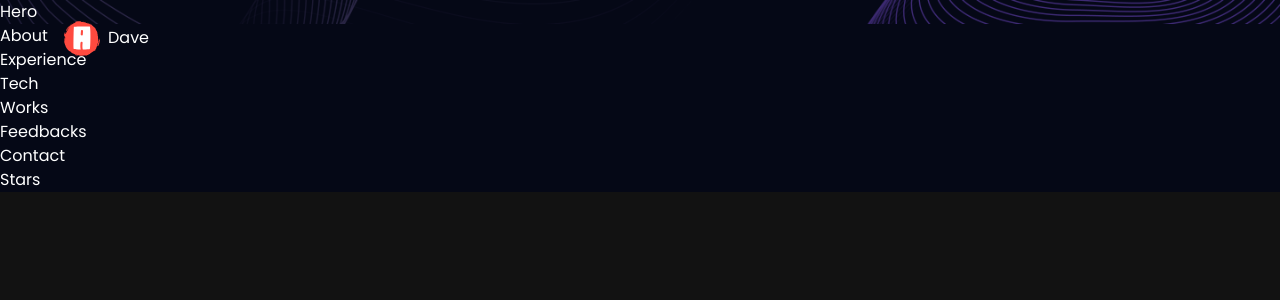
Repository: davedeguia/3d-portfolio
Page: /
These files come from the project's save history. The page is drawn as it stood at one moment and after the next save; the edit follows.
The browser window is 1280 px wide. The pictures show the whole page.
The project was rebuilt for these pictures with package versions that can differ from the ones it lists, and the page was loaded fresh each time. Also part of the build but not shown: vite.config.js, src/components/canvas/Earth.jsx, src/components/canvas/Ball.jsx, src/components/canvas/Computers.jsx.

Above is the page before, as saved 2023-03-04 14:32:26.

### index.html
<!DOCTYPE html>
<html lang="en">
  <head>
    <meta charset="UTF-8" />
    <link rel="icon" type="image/svg+xml" href="/logo.svg" />
    <meta name="viewport" content="width=device-width, initial-scale=1.0" />
    <title>Dave | Portfolio</title>
  </head>
  <body>
    <div id="root"></div>
    <script type="module" src="/src/main.jsx"></script>
  </body>
</html>

### src/App.jsx
import { BrowserRouter } from 'react-router-dom'
import {
  About,
  Contact,
  Experience,
  Feedbacks,
  Hero,
  Navbar,
  Tech,
  Works,
  StarsCanvas,
} from './components'

const App = () => {
  return (
    <BrowserRouter>
      <div className='relative z-0 bg-primary'>
        <div className='bg-hero-pattern bg-cover bg-no-repeat bg-center'>
          <Navbar />
          <Hero />
        </div>
        <About />
        <Experience />
        <Tech />
        <Works />
        <Feedbacks />
        <div className='relative z-0'>
          <Contact />
          <StarsCanvas />
        </div>
      </div>
    </BrowserRouter>
  )
}

export default App

### src/components/Navbar.jsx
import React, { useEffect, useState } from 'react'
import { Link } from 'react-router-dom'
import { styles } from '../styles'
import { navLinks } from '../constants'
import { logo, menu, close } from '../assets'

const Navbar = () => {
  const [active, setActive] = useState('')
  return (
    <nav
      className={`${styles.paddingX} w-full flex items-center py-5 fixed top-0 z-20`}
    >
      <div className='w-full flex justify-between items-center max-w-7xl mx-auto'>
        <Link
          to='/'
          className='flex items-center gap-2'
          onClick={() => {
            setActive('')
            window.scrollTo(0, 0)
          }}
        >
          <img src={logo} alt='logo' className='w-9 h-9 object-contain' />
          <p>Dave</p>
        </Link>
      </div>
    </nav>
  )
}

export default Navbar

### src/styles.js
const styles = {
  paddingX: 'sm:px-16 px-6',
  paddingY: 'sm:py-16 py-6',
  padding: 'sm:px-16 px-6 sm:py-16 py-10',

  heroHeadText:
    'font-black text-white lg:text-[80px] sm:text-[60px] xs:text-[50px] text-[40px] lg:leading-[98px] mt-2',
  heroSubText:
    'text-[#dfd9ff] font-medium lg:text-[30px] sm:text-[26px] xs:text-[20px] text-[16px] lg:leading-[40px]',

  sectionHeadText:
    'text-white font-black md:text-[60px] sm:text-[50px] xs:text-[40px] text-[30px]',
  sectionSubText:
    'sm:text-[18px] text-[14px] text-secondary uppercase tracking-wider',
}

export { styles }

### src/constants/index.js
import {
  mobile,
  backend,
  creator,
  web,
  javascript,
  typescript,
  html,
  css,
  reactjs,
  redux,
  tailwind,
  nodejs,
  mongodb,
  git,
  figma,
  docker,
  meta,
  starbucks,
  tesla,
  shopify,
  carrent,
  jobit,
  tripguide,
  threejs,
} from '../assets'

export const navLinks = [
  {
    id: 'about',
    title: 'About',
  },
  {
    id: 'work',
    title: 'Work',
  },
  {
    id: 'contact',
    title: 'Contact',
  },
]

const services = [
  {
    title: 'Web Developer',
    icon: web,
  },
  {
    title: 'React Native Developer',
    icon: mobile,
  },
  {
    title: 'Backend Developer',
    icon: backend,
  },
  {
    title: 'Content Creator',
    icon: creator,
  },
]

const technologies = [
  {
    name: 'HTML 5',
    icon: html,
  },
  {
    name: 'CSS 3',
    icon: css,
  },
  {
    name: 'JavaScript',
    icon: javascript,
  },
  {
    name: 'TypeScript',
    icon: typescript,
  },
  {
    name: 'React JS',
    icon: reactjs,
  },
  {
    name: 'Redux Toolkit',
    icon: redux,
  },
  {
    name: 'Tailwind CSS',
    icon: tailwind,
  },
  {
    name: 'Node JS',
    icon: nodejs,
  },
  {
    name: 'MongoDB',
    icon: mongodb,
  },
  {
    name: 'Three JS',
    icon: threejs,
  },
  {
    name: 'git',
    icon: git,
  },
  {
    name: 'figma',
    icon: figma,
  },
  {
    name: 'docker',
    icon: docker,
  },
]

const experiences = [
  {
    title: 'React.js Developer',
    company_name: 'Starbucks',
    icon: starbucks,
    iconBg: '#383E56',
    date: 'March 2020 - April 2021',
    points: [
      'Developing and maintaining web applications using React.js and other related technologies.',
      'Collaborating with cross-functional teams including designers, product managers, and other developers to create high-quality products.',
      'Implementing responsive design and ensuring cross-browser compatibility.',
      'Participating in code reviews and providing constructive feedback to other developers.',
    ],
  },
  {
    title: 'React Native Developer',
    company_name: 'Tesla',
    icon: tesla,
    iconBg: '#E6DEDD',
    date: 'Jan 2021 - Feb 2022',
    points: [
      'Developing and maintaining web applications using React.js and other related technologies.',
      'Collaborating with cross-functional teams including designers, product managers, and other developers to create high-quality products.',
      'Implementing responsive design and ensuring cross-browser compatibility.',
      'Participating in code reviews and providing constructive feedback to other developers.',
    ],
  },
  {
    title: 'Web Developer',
    company_name: 'Shopify',
    icon: shopify,
    iconBg: '#383E56',
    date: 'Jan 2022 - Jan 2023',
    points: [
      'Developing and maintaining web applications using React.js and other related technologies.',
      'Collaborating with cross-functional teams including designers, product managers, and other developers to create high-quality products.',
      'Implementing responsive design and ensuring cross-browser compatibility.',
      'Participating in code reviews and providing constructive feedback to other developers.',
    ],
  },
  {
    title: 'Full stack Developer',
    company_name: 'Meta',
    icon: meta,
    iconBg: '#E6DEDD',
    date: 'Jan 2023 - Present',
    points: [
      'Developing and maintaining web applications using React.js and other related technologies.',
      'Collaborating with cross-functional teams including designers, product managers, and other developers to create high-quality products.',
      'Implementing responsive design and ensuring cross-browser compatibility.',
      'Participating in code reviews and providing constructive feedback to other developers.',
    ],
  },
]

const testimonials = [
  {
    testimonial:
      'I thought it was impossible to make a website as beautiful as our product, but Rick proved me wrong.',
    name: 'Sara Lee',
    designation: 'CFO',
    company: 'Acme Co',
    image: 'https://randomuser.me/api/portraits/women/4.jpg',
  },
  {
    testimonial:
      "I've never met a web developer who truly cares about their clients' success like Rick does.",
    name: 'Chris Brown',
    designation: 'COO',
    company: 'DEF Corp',
    image: 'https://randomuser.me/api/portraits/men/5.jpg',
  },
  {
    testimonial:
      "After Rick optimized our website, our traffic increased by 50%. We can't thank them enough!",
    name: 'Lisa Wang',
    designation: 'CTO',
    company: '456 Enterprises',
    image: 'https://randomuser.me/api/portraits/women/6.jpg',
  },
]

const projects = [
  {
    name: 'Car Rent',
    description:
      'Web-based platform that allows users to search, book, and manage car rentals from various providers, providing a convenient and efficient solution for transportation needs.',
    tags: [
      {
        name: 'react',
        color: 'blue-text-gradient',
      },
      {
        name: 'mongodb',
        color: 'green-text-gradient',
      },
      {
        name: 'tailwind',
        color: 'pink-text-gradient',
      },
    ],
    image: carrent,
    source_code_link: 'https://github.com/',
  },
  {
    name: 'Job IT',
    description:
      'Web application that enables users to search for job openings, view estimated salary ranges for positions, and locate available jobs based on their current location.',
    tags: [
      {
        name: 'react',
        color: 'blue-text-gradient',
      },
      {
        name: 'restapi',
        color: 'green-text-gradient',
      },
      {
        name: 'scss',
        color: 'pink-text-gradient',
      },
    ],
    image: jobit,
    source_code_link: 'https://github.com/',
  },
  {
    name: 'Trip Guide',
    description:
      'A comprehensive travel booking platform that allows users to book flights, hotels, and rental cars, and offers curated recommendations for popular destinations.',
    tags: [
      {
        name: 'nextjs',
        color: 'blue-text-gradient',
      },
      {
        name: 'supabase',
        color: 'green-text-gradient',
      },
      {
        name: 'css',
        color: 'pink-text-gradient',
      },
    ],
    image: tripguide,
    source_code_link: 'https://github.com/',
  },
]

export { services, technologies, experiences, testimonials, projects }

### src/assets/index.js
import logo from "./logo.svg";
import backend from "./backend.png";
import creator from "./creator.png";
import mobile from "./mobile.png";
import web from "./web.png";
import github from "./github.png";
import menu from "./menu.svg";
import close from "./close.svg";

import css from "./tech/css.png";
import docker from "./tech/docker.png";
import figma from "./tech/figma.png";
import git from "./tech/git.png";
import html from "./tech/html.png";
import javascript from "./tech/javascript.png";
import mongodb from "./tech/mongodb.png";
import nodejs from "./tech/nodejs.png";
import reactjs from "./tech/reactjs.png";
import redux from "./tech/redux.png";
import tailwind from "./tech/tailwind.png";
import typescript from "./tech/typescript.png";
import threejs from "./tech/threejs.svg";

import meta from "./company/meta.png";
import shopify from "./company/shopify.png";
import starbucks from "./company/starbucks.png";
import tesla from "./company/tesla.png";

import carrent from "./carrent.png";
import jobit from "./jobit.png";
import tripguide from "./tripguide.png";

export {
  logo,
  backend,
  creator,
  mobile,
  web,
  github,
  menu,
  close,
  css,
  docker,
  figma,
  git,
  html,
  javascript,
  mongodb,
  nodejs,
  reactjs,
  redux,
  tailwind,
  typescript,
  threejs,
  meta,
  shopify,
  starbucks,
  tesla,
  carrent,
  jobit,
  tripguide,
};

### tailwind.config.cjs
/** @type {import('tailwindcss').Config} */
module.exports = {
  content: ['./src/**/*.{js,jsx}'],
  mode: 'jit',
  theme: {
    extend: {
      colors: {
        primary: '#050816',
        secondary: '#aaa6c3',
        tertiary: '#151030',
        'black-100': '#100d25',
        'black-200': '#090325',
        'white-100': '#f3f3f3',
      },
      boxShadow: {
        card: '0px 35px 120px -15px #211e35',
      },
      screens: {
        xs: '450px',
      },
      backgroundImage: {
        'hero-pattern': "url('/src/assets/herobg.png')",
      },
    },
  },
  plugins: [],
}

Loaded but not shown: src/main.jsx (common file); src/index.css (common file); src/components/index.js (common file); src/components/canvas/index.js (common file); src/components/Hero.jsx (common file); src/components/About.jsx (common file); src/components/Tech.jsx (common file); src/components/Experience.jsx (common file); src/components/Works.jsx (common file); src/components/Feedbacks.jsx (common file); src/components/Contact.jsx (common file); src/components/canvas/Stars.jsx (common file)

After the next save:
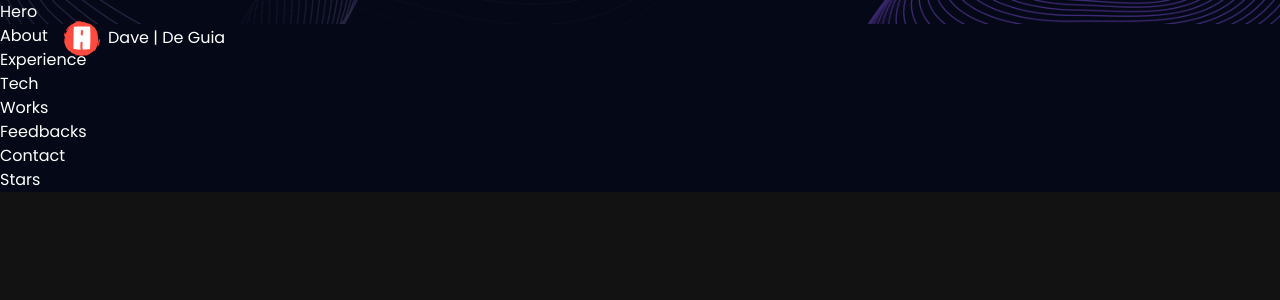
Saved 17 s later.
--- a/src/components/Navbar.jsx
+++ b/src/components/Navbar.jsx
@@ -20,7 +20,9 @@
           }}
         >
           <img src={logo} alt='logo' className='w-9 h-9 object-contain' />
-          <p>Dave</p>
+          <p>
+            Dave <span>| De Guia</span>
+          </p>
         </Link>
       </div>
     </nav>
